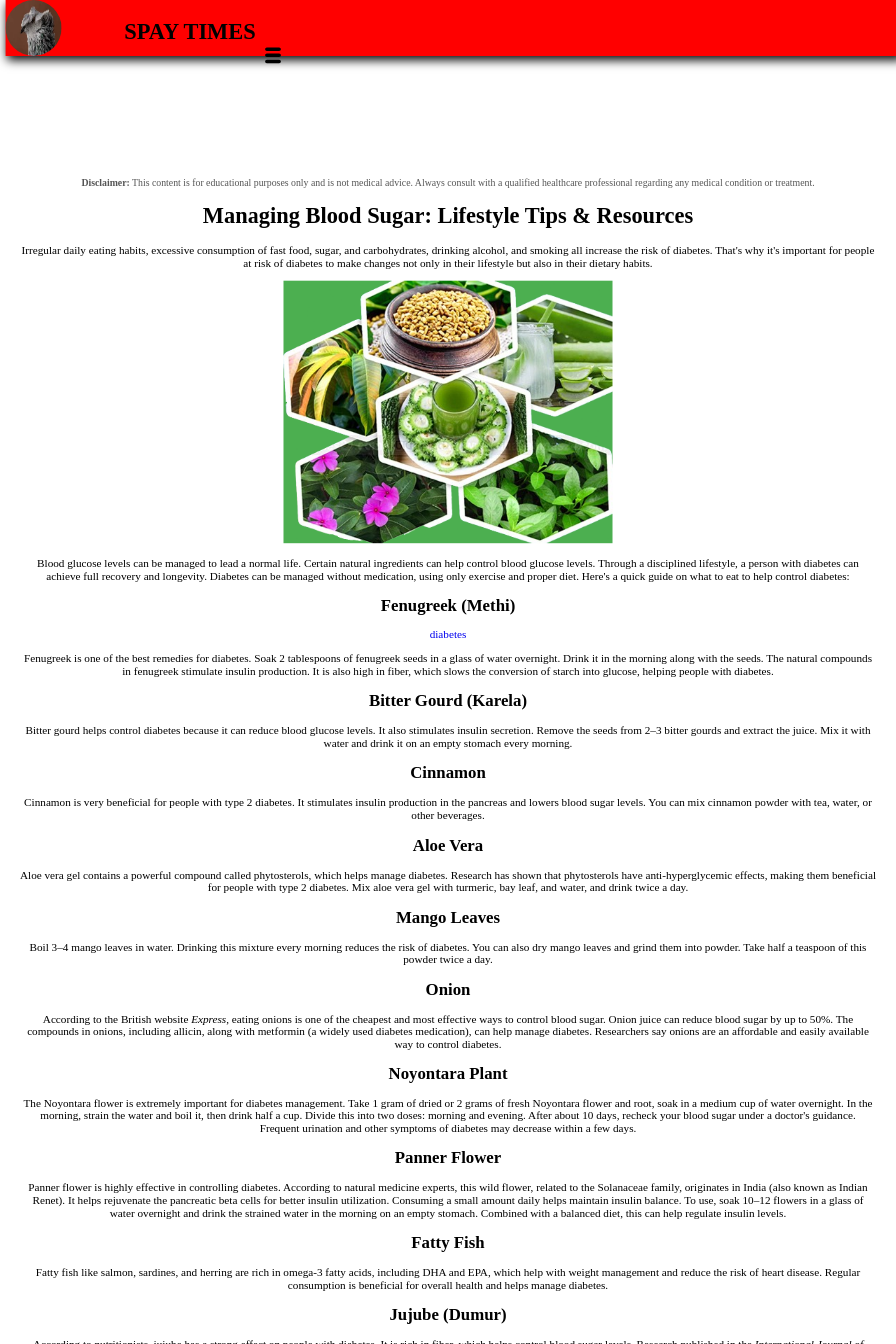
Repository: ridhukhan/spytimes
Page: /blood-sugar-natural-tips
The author's editor kept a copy of each file at every save. The page is drawn from the files as they stood at one save, then again after the next save.
The browser window is 1280 px wide. The pictures show the part of the page from y = 0 to 1920 px (the page is 2205 px tall before and 2719 px after), at 70% of full size.
Pictures or frames that could not be fetched are drawn as grey boxes. The project was rebuilt for these pictures with package versions that can differ from the ones it lists, and the page was loaded fresh each time. Also part of the build but not shown: vite.config.js, src/pages/home/Home.jsx, src/components/policy/PrivecyPolicy.jsx, src/components/policy/Terms.jsx, src/components/trending/TrendingDetails.jsx, src/pages/heath/Health.jsx, src/pages/heath/Allergy.jsx, src/pages/heath/WeightLose.jsx.

Above is the page before, as saved 2026-01-15 10:59:03.

After the next save:
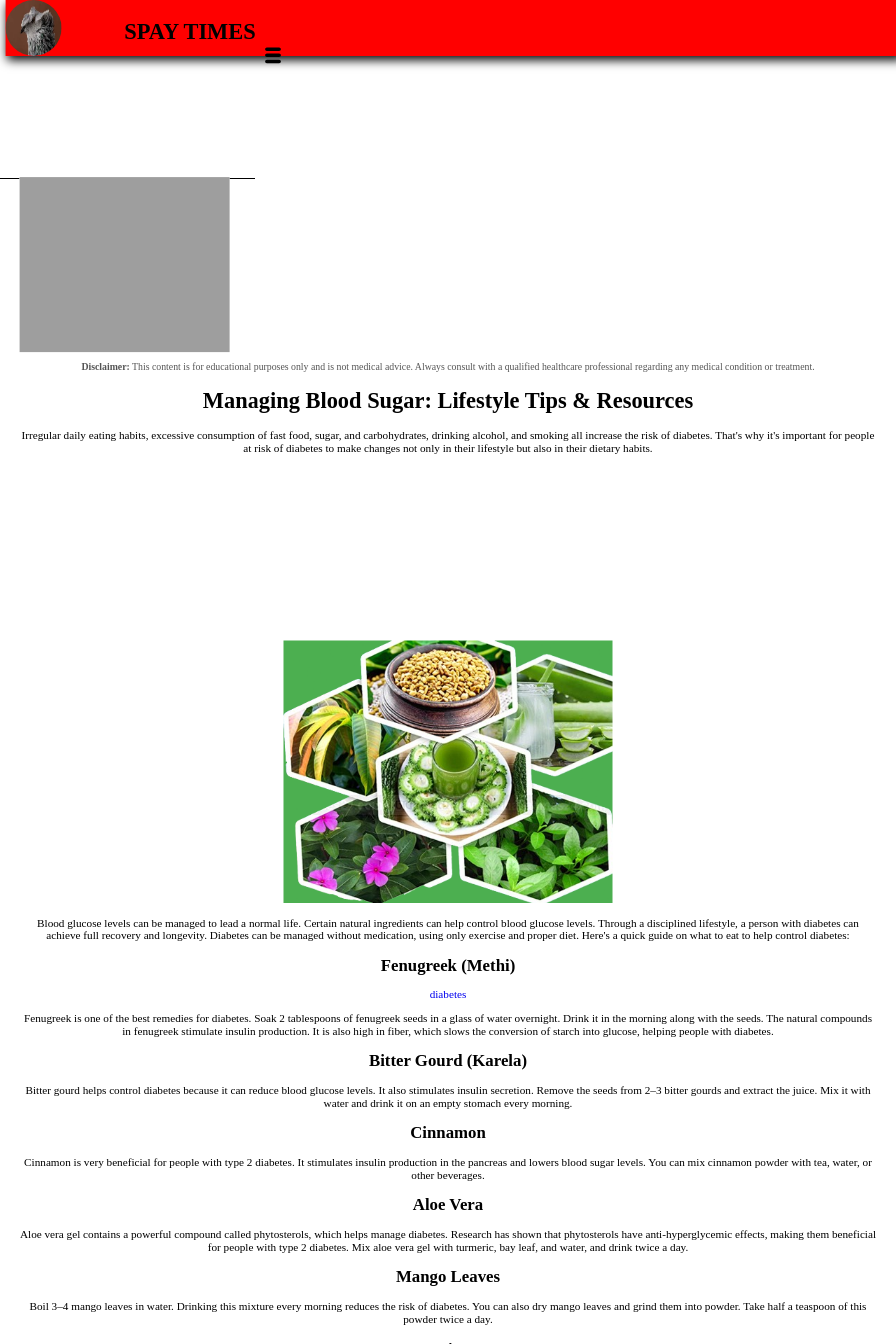
Saved 46 s later.
--- a/src/pages/heath/Dieabeties.jsx
+++ b/src/pages/heath/Dieabeties.jsx
@@ -1,9 +1,12 @@
 import React from 'react';
 import diabetese from "../../assets/diabetes01.png";
+import ExoClickBanner from '../../components/ads/ExoclicBanner';
+import MagSrvInPlaceAd from '../../components/ads/MagSrvInPlaceAd';
 
 const Dieabeties = () => {
   return (
     <div style={{marginTop:"20%", textAlign:"center", padding: "0 20px"}}>
+      <ExoClickBanner/>
       <p style={{fontSize:"14px",color:"#555"}}>
         <strong>Disclaimer:</strong> This content is for educational purposes only and is not medical advice.
         Always consult with a qualified healthcare professional regarding any medical condition or treatment.
@@ -18,7 +21,7 @@ const Dieabeties = () => {
         drinking alcohol, and smoking all increase the risk of diabetes. That's why it's important for
         people at risk of diabetes to make changes not only in their lifestyle but also in their dietary habits.
       </p>
-
+<MagSrvInPlaceAd/>
       <a href="https://www.effectivegatecpm.com/b4s3z1g3h3?key=624d68387e04f583c66e77df9c6d18a7" target='_blank' rel='nofollow'>
         <img src={diabetese} alt="Healthy lifestyle tips for supporting blood sugar" style={{maxWidth: "100%"}} />
       </a>
